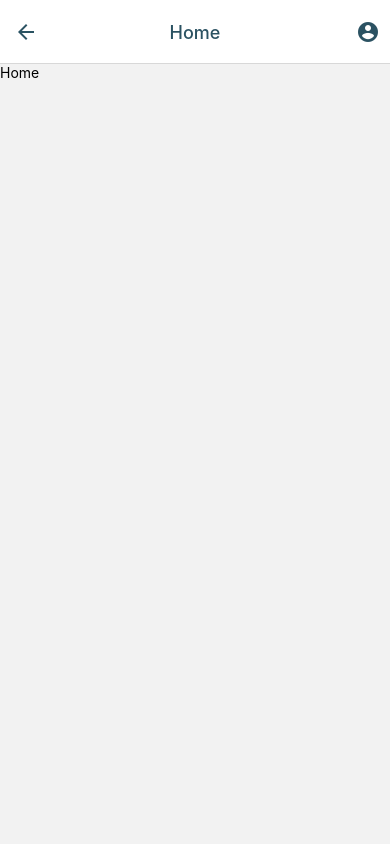
Repository: SaudCh/Expo-Pethub
Screen: /Home
The author's editor kept a copy of each file at every save. The screen is drawn from the files as they stood at one save, then again after the next save.
The app was drawn by React Native's web renderer in a window 390 px wide. The project was rebuilt for these pictures with package versions that can differ from the ones it lists, and the page was loaded fresh each time. Also part of the build but not shown: Screens/Signup.js, Screens/Profile.js, Screens/UpdateProfile.js, Screens/ForgetPassword.js.

Above is the screen before, as saved 2022-11-15 00:50:03.

After the next save:
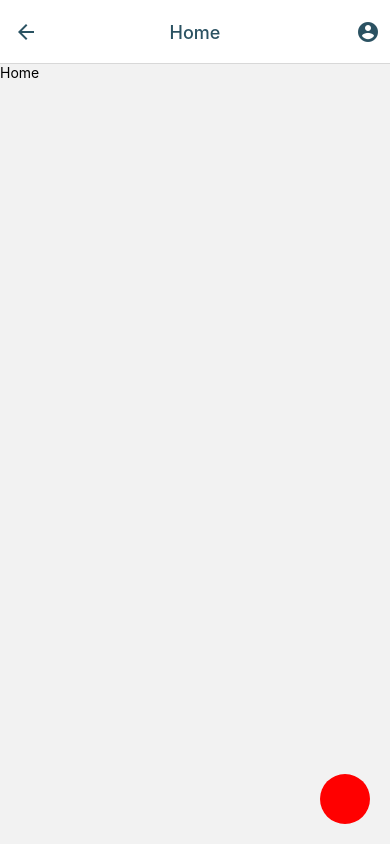
Saved 22 s later.
--- a/Screens/Home.js
+++ b/Screens/Home.js
@@ -3,7 +3,7 @@ import React from 'react'
 
 export default function Home() {
   return (
-    <View>
+    <View style={{ flex: 1 }}>
       <Text>Home</Text>
 
       <TouchableOpacity style={{ ...styles.floatingPoint }}>
